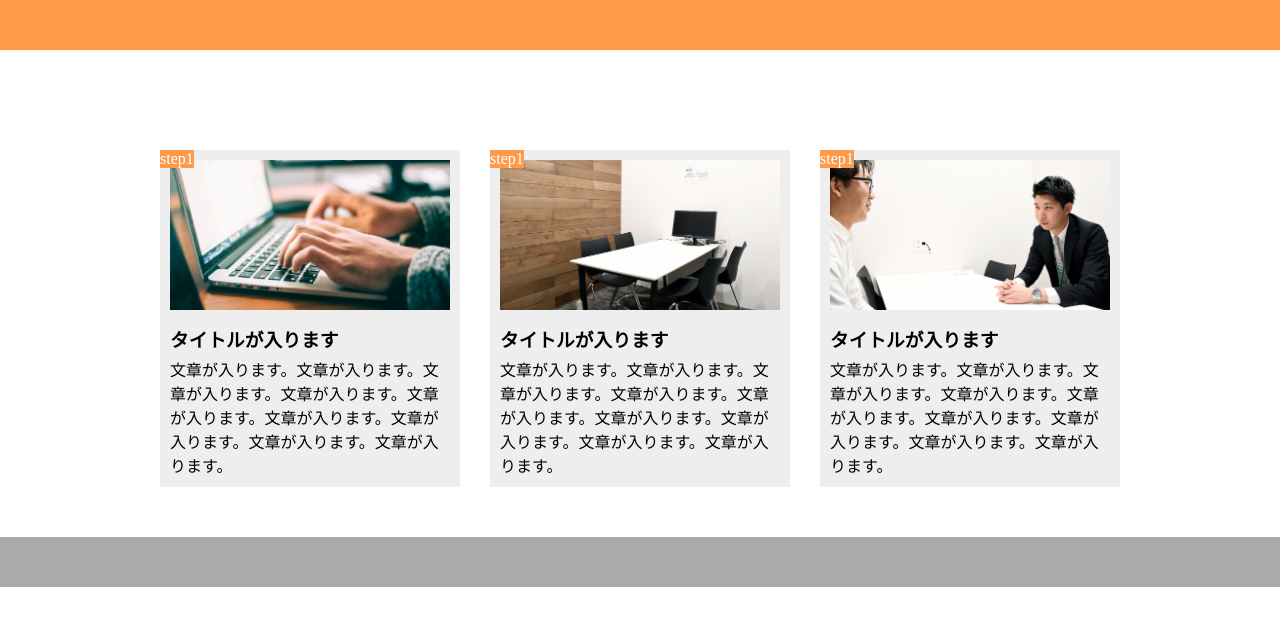
Repository: t-sato-infratop/environment
Page: chapter9-exercise/chapter9_exercise2.html
The author's editor kept a record of every edit. The page is drawn from the files as they stood at one moment, then again after the next edit.
The browser window is 1280 px wide. The pictures show the whole page.
Some web libraries are served in a nearby version.

Above is the page before.

### chapter9-exercise/chapter9_exercise2.html
<!DOCTYPE html>
<html lang="ja">
  <head>
    <meta charset="UTF-8" />
    <script src="https://kit.fontawesome.com/06071e1720.js" crossorigin="anonymous"></script>
    <link rel="stylesheet" href="chapter9_exercise2.css" />
    <title>C9E2</title>
  </head>

  <body>
    <header></header>
    <main>
      <div class="box">
        <div class="box1-img"></div>
        <span class="box-step">step1</span>
        <h3 class="box-title">タイトルが入ります</h3>
        <p class="box-text">文章が入ります。文章が入ります。文章が入ります。文章が入ります。文章が入ります。文章が入ります。文章が入ります。文章が入ります。文章が入ります。</p>
      </div>
      <div class="box">
        <div class="box2-img"></div>
        <span class="box-step">step1</span>
        <h3 class="box-title">タイトルが入ります</h3>
        <p class="box-text">文章が入ります。文章が入ります。文章が入ります。文章が入ります。文章が入ります。文章が入ります。文章が入ります。文章が入ります。文章が入ります。</p>
      </div>
      <div class="box">
        <div class="box3-img"></div>
        <span class="box-step">step1</span>
        <h3 class="box-title">タイトルが入ります</h3>
        <p class="box-text">文章が入ります。文章が入ります。文章が入ります。文章が入ります。文章が入ります。文章が入ります。文章が入ります。文章が入ります。文章が入ります。</p>
      </div>
    </main>
    <footer></footer>
  </body>

### chapter9-exercise/chapter9_exercise2.css
* {
  margin: 0;
  padding: 0;
  box-sizing: border-box;
}

header {
  height: 50px;
  background-color: #ff9a4b;
}

main {
  width: 960px;
  margin: 50px auto;
  display: flex;
}

.box {
  background-color: #eeeeee;
  width: 300px;
  margin-right: 30px;
  margin-top: 50px;
  padding: 10px;
  position: relative;
}

.box:last-child {
  margin-right: 0px;
}

.box1-img {
  background-image: url(img/flow01.png);
  background-position: bottom;
  background-size: cover;
  height: 150px;
}

.box2-img {
  background-image: url(img/flow02.png);
  background-position: bottom;
  background-size: cover;
  height: 150px;
}

.box3-img {
  background-image: url(img/flow03.png);
  background-position: bottom;
  background-size: cover;
  height: 150px;
}

.box-step {
  background-color: #ff9a4b;
  position: absolute;
  top: 0;
  left: 0;
  color: white;
}

.box-title {
  margin: 15px 0 5px 0;
}

footer {
  height: 50px;
  background-color: #aaaaaa;
  margin-top: 50px;
}

After the next edit:
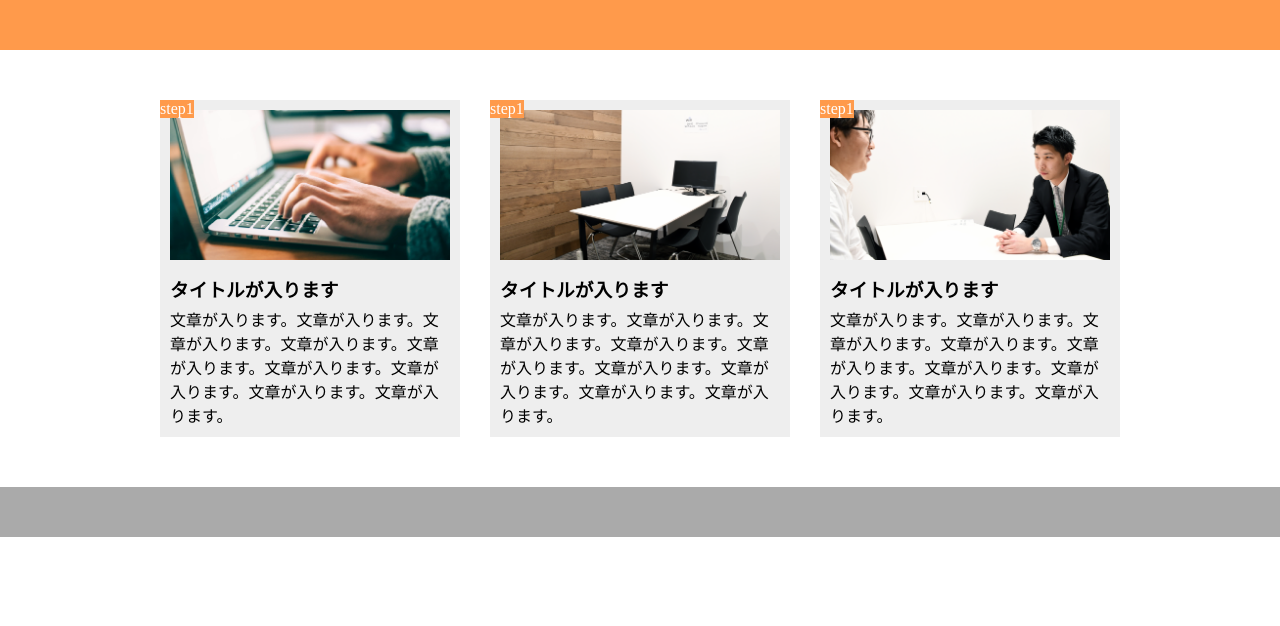
The edit:
--- a/chapter9-exercise/chapter9_exercise2.css
+++ b/chapter9-exercise/chapter9_exercise2.css
@@ -19,7 +19,6 @@
   background-color: #eeeeee;
   width: 300px;
   margin-right: 30px;
-  margin-top: 50px;
   padding: 10px;
   position: relative;
 }
